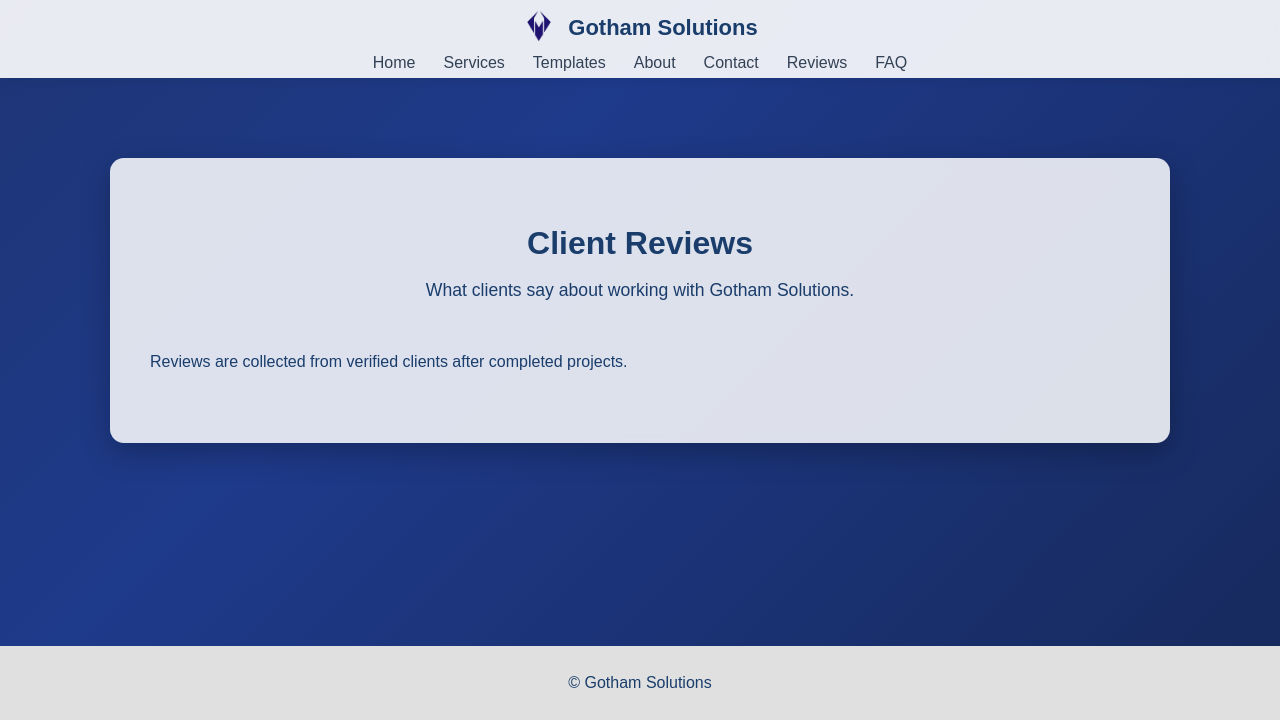
Repository: kmm569/gothamsolutions
Page: reviews/index.html
An editor plug-in stored every save of this project. The page is shown before and after the next save, followed by the edit.
The browser window is 1280 px wide. The pictures show the whole page.
The page's requests for data from a server got no answer.

Above is the page before, as saved 2026-03-13 14:16:00.

After the next save:
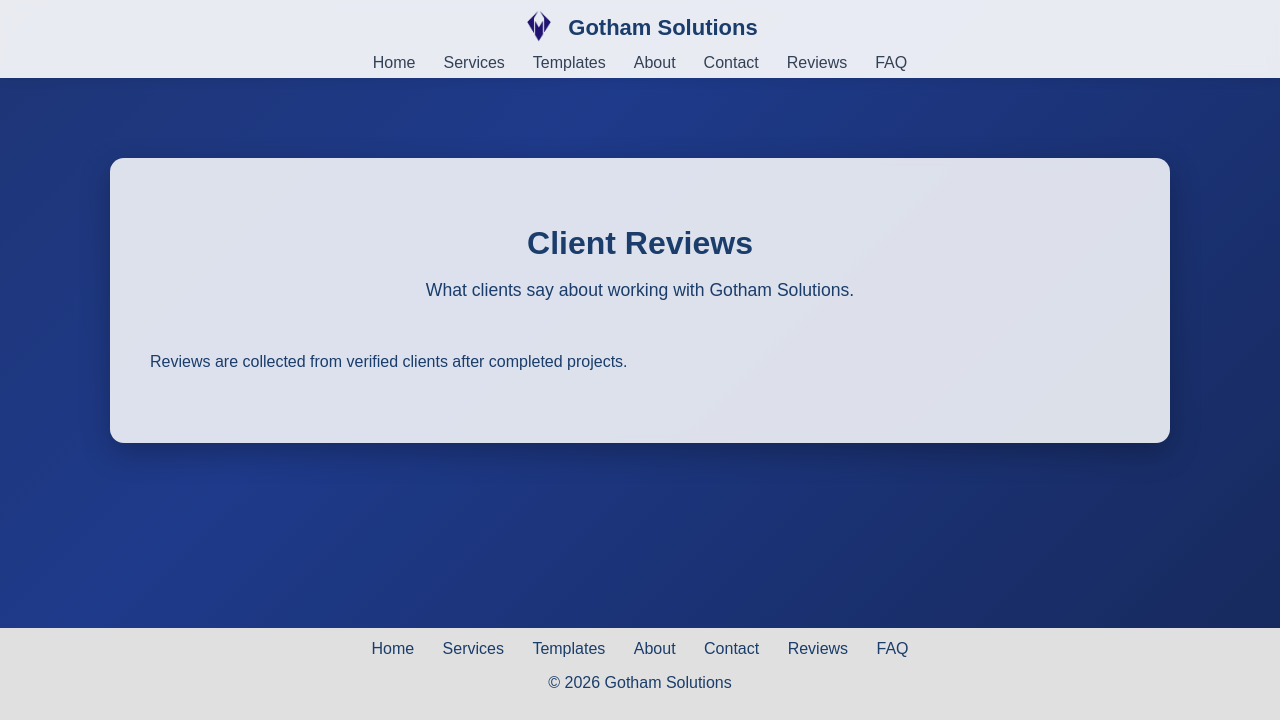
Saved 15 s later.
--- a/reviews/index.html
+++ b/reviews/index.html
@@ -66,10 +66,22 @@
 		</main>
 
 		<footer>
-			<div class="container">
-				<p>© Gotham Solutions</p>
-			</div>
-		</footer>
+	<div class="footer-inner">
+
+		<nav class="footer-nav">
+			<a href="/">Home</a>
+			<a href="/services/">Services</a>
+			<a href="/templates/">Templates</a>
+			<a href="/about/">About</a>
+			<a href="/contact/">Contact</a>
+			<a href="/reviews/">Reviews</a>
+			<a href="/faq/">FAQ</a>
+		</nav>
+
+		<p>&copy; 2026 Gotham Solutions</p>
+
+	</div>
+</footer>
 
 		<script>
 			const API =
